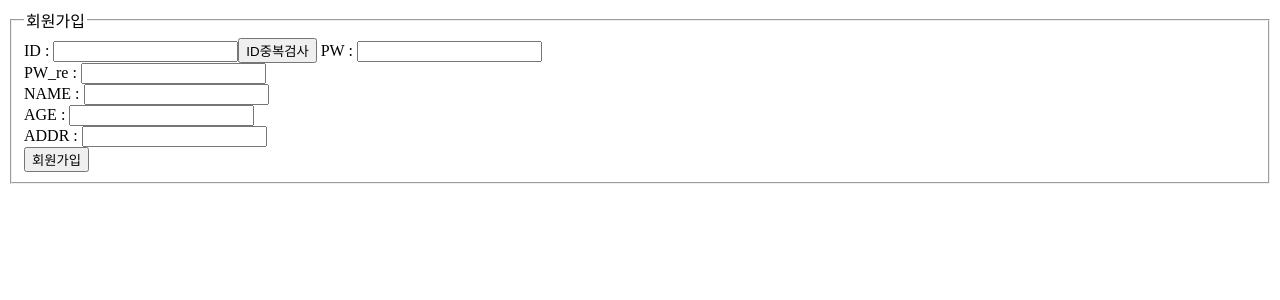
Repository: minimelody/servlet
Page: webworkspace2/web1/WebContent/views/member/joinus.html
An editor plug-in stored every save of this project. The page is shown before and after the next save, followed by the edit.
The browser window is 1280 px wide. The pictures show the whole page.

Above is the page before, as saved 2018-05-21 09:00:43.

### webworkspace2/web1/WebContent/views/member/joinus.html
<!DOCTYPE html>
<html>
<head>
<meta charset="UTF-8">
<title>Insert title here</title>
</head>
<body>
<script>
	function check(){
		alert("aa");
	}
</script>
<fieldset>
	<legend>회원가입</legend>
	<form action="joinus.jsp" method="post">
		ID : <input type="text" name="userId"><button onclick="check();">ID중복검사</button>
		PW : <input type="password" name="userPwd"><br>
		PW_re : <input type="password" name="userPwd_re"><br>
		NAME : <input type="text" name="userName"><br>
		AGE : <input type="text" name="userAge"><br>
		ADDR : <input type="text" name="userAddr"><br>
		<input type="submit" value="회원가입">
	</form>
</fieldset>
</body>
</html>

After the next save:
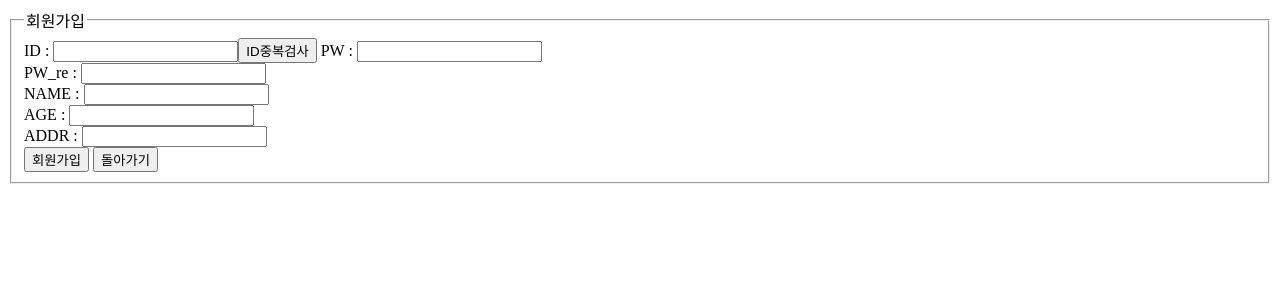
Saved 41 s later.
--- a/webworkspace2/web1/WebContent/views/member/joinus.html
+++ b/webworkspace2/web1/WebContent/views/member/joinus.html
@@ -20,6 +20,7 @@
 		AGE : <input type="text" name="userAge"><br>
 		ADDR : <input type="text" name="userAddr"><br>
 		<input type="submit" value="회원가입">
+		<button onclick="back();">돌아가기</button>
 	</form>
 </fieldset>
 </body>
